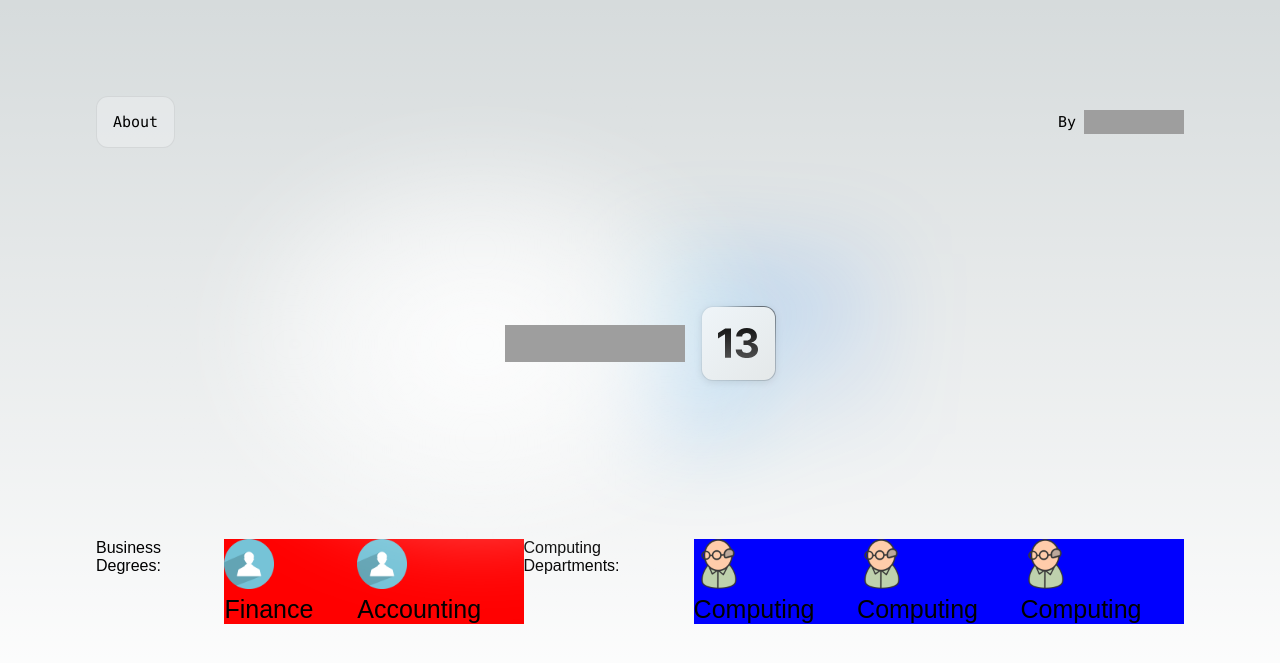
Repository: cheungglenda/MDIA2109-Week3
Page: /
The author's editor kept a copy of each file at every save. The page is drawn from the files as they stood at one save, then again after a run of saves.
The browser window is 1280 px wide. The pictures show the whole page.
Pictures or frames that could not be fetched are drawn as grey boxes. The project was rebuilt for these pictures with package versions that can differ from the ones it lists, and the page was loaded fresh each time. The framework's server and built-in components were replaced by stand-ins that run in the browser. Also part of the build but not shown: next.config.js.

Above is the page before, as saved 2023-01-20 11:57:23.

### pages/index.js
import Head from 'next/head'
import Image from 'next/image'
import { Inter } from '@next/font/google'
import styles from '@/styles/Home.module.css'
import data from '../data/education.json'
import { useState } from 'react'
import Card from '../components/Card'
import Link from 'next/link'

const inter = Inter({ subsets: ['latin'] })

export default function Home() {

  /** ([...data]) enters the data in the useState and is calling that info. the useState has all the data from the education.json file */
  const [information, setInformation] = useState([...data])
  console.log(data);

  return (
    <>
      <Head>
        <title>Create Next App</title>
        <meta name="description" content="Generated by create next app" />
        <meta name="viewport" content="width=device-width, initial-scale=1" />
        <link rel="icon" href="/favicon.ico" />
      </Head>
      <main className={styles.main}>
        <div className={styles.description}>
          <p>
            <Link href="about">About</Link>
          </p>
          <div>
            <a
              href="https://vercel.com?utm_source=create-next-app&utm_medium=default-template&utm_campaign=create-next-app"
              target="_blank"
              rel="noopener noreferrer"
            >
              By{' '}
              <Image
                src="/vercel.svg"
                alt="Vercel Logo"
                className={styles.vercelLogo}
                width={100}
                height={24}
                priority
              />
            </a>
          </div>
        </div>

        <div className={styles.center}>
          <Image
            className={styles.logo}
            src="/next.svg"
            alt="Next.js Logo"
            width={180}
            height={37}
            priority
          />
          <div className={styles.thirteen}>
            <Image
              src="/thirteen.svg"
              alt="13"
              width={40}
              height={31}
              priority
            />
          </div>
        </div>


        <div className={styles.grid}>
          <div>Business Degrees:</div>
          {information && information.map((info, index) => {
            if(info.department.toLowerCase() === "business") {
            return (
              <Card key={index} degree={info.degree} color="red" font="25px"/>
            )
          }
          })}
           <div>Computing Departments:</div>
          {information && information.map((info, index) => {
            if(info.department.toLowerCase() === "computing") {
            return (
              <Card key={index} degree={info.department} color="blue" font="25px"/>
            )
          }
          })}
        </div>
      </main>
    </>
  )
}

/** .toLowerCase() is input when you don't want to worry about case sensitivity */

### styles/Home.module.css
.main {
  display: flex;
  flex-direction: column;
  justify-content: space-between;
  align-items: center;
  padding: 6rem;
  font-family:arial;
  min-height: 100vh;
}

.links {
  display: flex;
  padding-top:5px;
  margin-bottom:3%;
  justify-content: center;
  align-items: center;
  font-size: 15px;
  max-width: var(--max-width);
  width: 100%;
  font-weight:900;
  font-family: arial;
  text-transform:uppercase;
  padding-bottom:5px;
}

.description {
  display: inherit;
  justify-content: inherit;
  align-items: inherit;
  font-size: 15px;
  max-width: var(--max-width);
  width: 100%;
  font-family: var(--font-mono);
}

.description a {
  display: flex;
  justify-content: center;
  align-items: center;
  gap: 0.5rem;
}

.description p {
  position: relative;
  margin: 0;
  padding: 1rem;
  background-color: rgba(var(--callout-rgb), 0.5);
  border: 1px solid rgba(var(--callout-border-rgb), 0.3);
  border-radius: var(--border-radius);
}

.code {
  font-weight: 700;
  font-family: var(--font-mono);
}

.meetTitle {
  font-size: 50px;
  font-weight:700;
  text-transform:uppercase;
  text-align:center;
}

.grid {
  display: flex;
  justify-content:center;
  width: var(--max-width);
  max-width: 100%;
}

.card {
  padding: 1rem 1.2rem;
  border-radius: var(--border-radius);
  background: rgba(var(--card-rgb), 0);
  border: 1px solid rgba(var(--card-border-rgb), 0);
  transition: background 200ms, border 200ms;
}

.card span {
  display: inline-block;
  transition: transform 200ms;
}

.card h2 {
  font-weight: 600;
  margin-bottom: 0.7rem;
}

.card p {
  margin: 0;
  opacity: 0.6;
  font-size: 0.9rem;
  line-height: 1.5;
  max-width: 30ch;
}

.employees {
  display:flex;
  gap:20px;
  flex: 1;
  width: 80%;
}

.center {
  display: flex;
  justify-content: center;
  align-items: center;
  position: relative;
  padding: 4rem 0;
}

.center::before {
  background: var(--secondary-glow);
  border-radius: 50%;
  width: 480px;
  height: 360px;
  margin-left: -400px;
}

.center::after {
  background: var(--primary-glow);
  width: 240px;
  height: 180px;
  z-index: -1;
}

.center::before,
.center::after {
  content: '';
  left: 50%;
  position: absolute;
  filter: blur(45px);
  transform: translateZ(0);
}

.logo,
.thirteen {
  position: relative;
}

.thirteen {
  display: flex;
  justify-content: center;
  align-items: center;
  width: 75px;
  height: 75px;
  padding: 25px 10px;
  margin-left: 16px;
  transform: translateZ(0);
  border-radius: var(--border-radius);
  overflow: hidden;
  box-shadow: 0px 2px 8px -1px #0000001a;
}

.thirteen::before,
.thirteen::after {
  content: '';
  position: absolute;
  z-index: -1;
}

/* Conic Gradient Animation */
.thirteen::before {
  animation: 6s rotate linear infinite;
  width: 200%;
  height: 200%;
  background: var(--tile-border);
}

/* Inner Square */
.thirteen::after {
  inset: 0;
  padding: 1px;
  border-radius: var(--border-radius);
  background: linear-gradient(
    to bottom right,
    rgba(var(--tile-start-rgb), 1),
    rgba(var(--tile-end-rgb), 1)
  );
  background-clip: content-box;
}

/* Enable hover only on non-touch devices */
@media (hover: hover) and (pointer: fine) {
  .card:hover {
    background: rgba(var(--card-rgb), 0.1);
    border: 1px solid rgba(var(--card-border-rgb), 0.15);
  }

  .card:hover span {
    transform: translateX(4px);
  }
}

@media (prefers-reduced-motion) {
  .thirteen::before {
    animation: none;
  }

  .card:hover span {
    transform: none;
  }
}

/* Mobile */
@media (max-width: 700px) {
  .content {
    padding: 4rem;
  }

  .grid {
    grid-template-columns: 1fr;
    margin-bottom: 120px;
    max-width: 320px;
    text-align: center;
  }

  .card {
    padding: 1rem 2.5rem;
  }

  .card h2 {
    margin-bottom: 0.5rem;
  }

  .center {
    padding: 8rem 0 6rem;
  }

  .center::before {
    transform: none;
    height: 300px;
  }

  .description {
    font-size: 0.8rem;
  }

  .description a {
    padding: 1rem;
  }

  .description p,
  .description div {
    display: flex;
    justify-content: center;
    position: fixed;
    width: 100%;
  }

  .description p {
    align-items: center;
    inset: 0 0 auto;
    padding: 2rem 1rem 1.4rem;
    border-radius: 0;
    border: none;
    border-bottom: 1px solid rgba(var(--callout-border-rgb), 0.25);
    background: linear-gradient(
      to bottom,
      rgba(var(--background-start-rgb), 1),
      rgba(var(--callout-rgb), 0.5)
    );
    background-clip: padding-box;
    backdrop-filter: blur(24px);
  }

  .description div {
    align-items: flex-end;
    pointer-events: none;
    inset: auto 0 0;
    padding: 2rem;
    height: 200px;
    background: linear-gradient(
      to bottom,
      transparent 0%,
      rgb(var(--background-end-rgb)) 40%
    );
    z-index: 1;
  }
}

/* Tablet and Smaller Desktop */
@media (min-width: 701px) and (max-width: 1120px) {
  .grid {
    grid-template-columns: repeat(2, 50%);
  }
}

@media (prefers-color-scheme: dark) {
  .vercelLogo {
    filter: invert(1);
  }

  .logo,
  .thirteen img {
    filter: invert(1) drop-shadow(0 0 0.3rem #ffffff70);
  }
}

@keyframes rotate {
  from {
    transform: rotate(360deg);
  }
  to {
    transform: rotate(0deg);
  }
}

### data/education.json
[
        {
            "studentNumber": "A0004567",
            "firstName": "Person 1",
            "gpa": 3.8,
            "department": "Business",
            "degree": "Finance",
            "graduted": 2014
        },
        {
            "studentNumber": "A0001234",
            "firstName": "Person 2",
            "gpa": 3.5,
            "department": "Business",
            "degree": "Accounting",
            "graduted": 2010
        },
        {
            "studentNumber": "A0007890",
            "firstName": "Person 3",
            "gpa": 3.2,
            "department": "Computing",
            "degree": "Applied Software Development Certificate",
            "graduted": 2018
        },
        {
            "studentNumber": "A0007828",
            "firstName": "Person 4",
            "gpa": 3.9,
            "department": "Computing",
            "degree": "Computer Systems Diploma",
            "graduted": 2021
        },
        {
            "studentNumber": "A0003425",
            "firstName": "Person 5",
            "gpa": 3.2,
            "department": "Computing",
            "degree": "Applied Computer Information Systems Certificate",
            "graduted": 2021
        }
]

### components/Card/index.js
export default function EmployeeCard({
    degree = "none",
    color = "purple",
    font = "O",
    image = "icon/personTwo.png"
}) {
    return (
        <div style={{backgroundColor: color, fontSize: font}}>
            {
                color === "red" ? <img src={'icon/person.png'} width="50"/> :
                color === "blue" ? <img src={'icon/personThree.png'} width="50"/> :
                <img src={image} width="50"/>
            }
            {degree}
        </div>
    )
}

Loaded but not shown: pages/_app.js (common file); pages/_document.js (common file); styles/globals.css (common file)

After the next 2 saves:
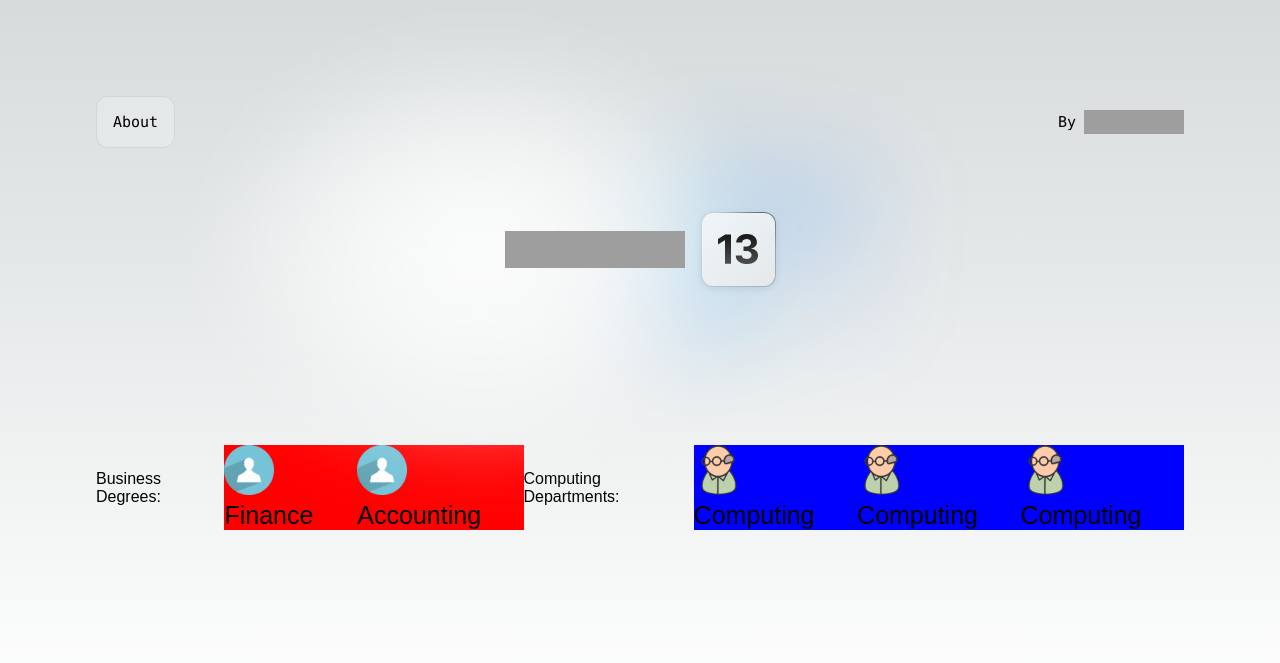
The 2 saves are shown as one change because they came seconds apart.
The last was saved 20 s later.
--- a/styles/Home.module.css
+++ b/styles/Home.module.css
@@ -66,6 +66,8 @@
   justify-content:center;
   width: var(--max-width);
   max-width: 100%;
+  align-items:center;
+  flex: 1;
 }
 
 .card {
@@ -97,7 +99,6 @@
 .employees {
   display:flex;
   gap:20px;
-  flex: 1;
   width: 80%;
 }
 
